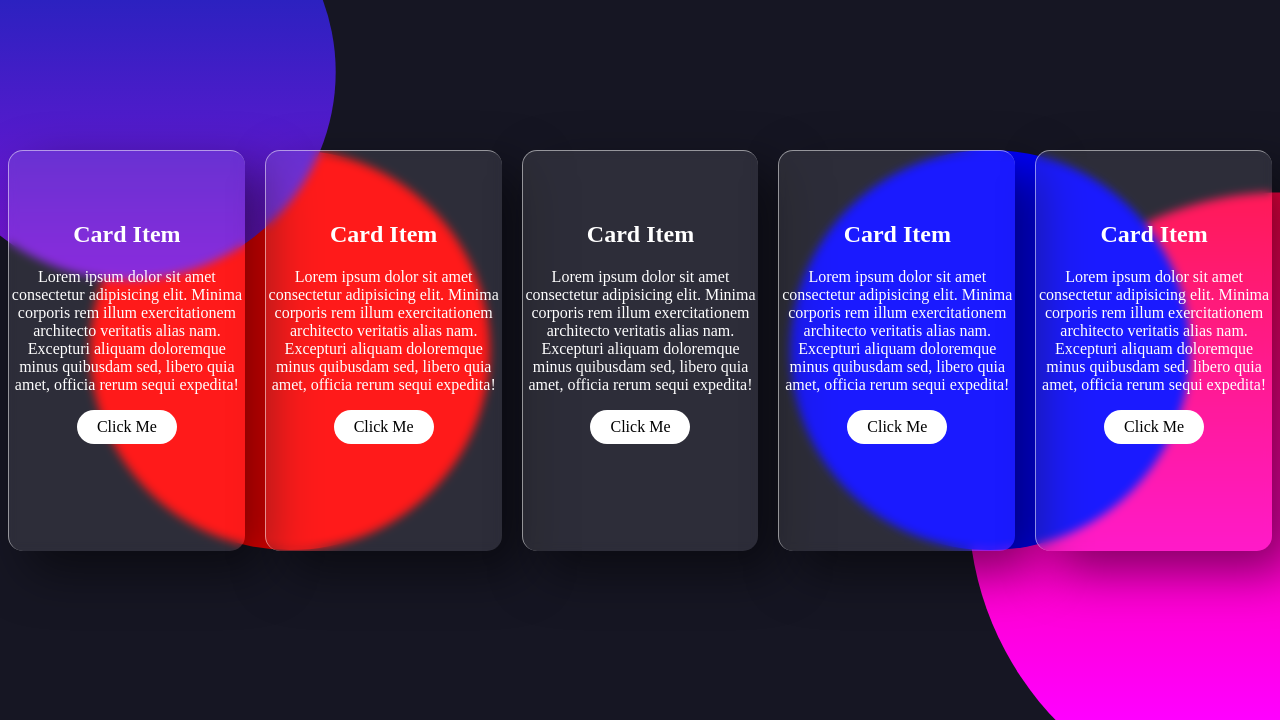
Repository: dovanluyen1996/Test-Git-PR
Page: index.html
These files come from the project's save history. The page is drawn as it stood at one moment and after the next save; the edit follows.
The browser window is 1280 px wide. The pictures show the whole page.

Above is the page before, as saved 2021-09-07 00:15:18.

After the next save:
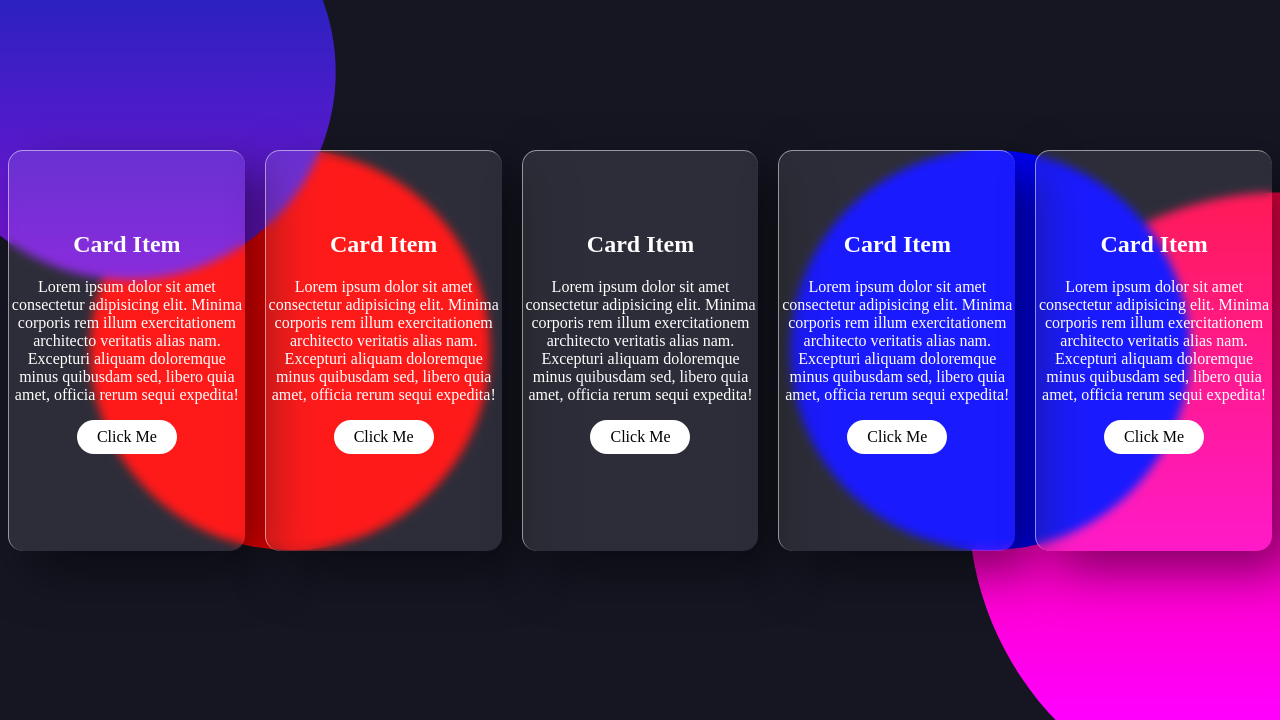
Saved 6 s later.
--- a/css/style.css
+++ b/css/style.css
@@ -77,7 +77,7 @@ body::after {
   font-weight: 500;
 }
 .item-center .content {
-  transform: translateY(50px);
+  transform: translateY(60px);
   opacity: 1;
   transition: 0.5s;
 }
